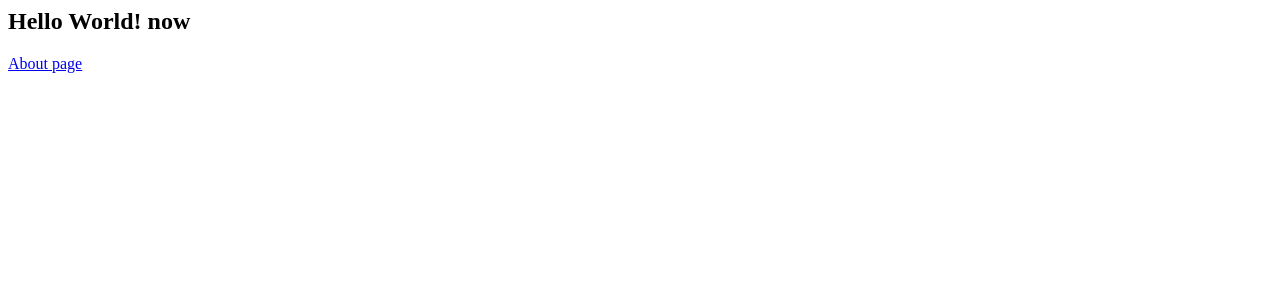
Repository: yashveer-singh/javaapcode
Page: http://localhost/javaapp/
The author's editor kept a copy of each file at every save. The page is drawn from the files as they stood at one save, then again after the next save.
The browser window is 1280 px wide. The pictures show the whole page.
The page is served by Tomcat 9.

Above is the page before, as saved 2024-04-18 05:14:59.

After the next save:
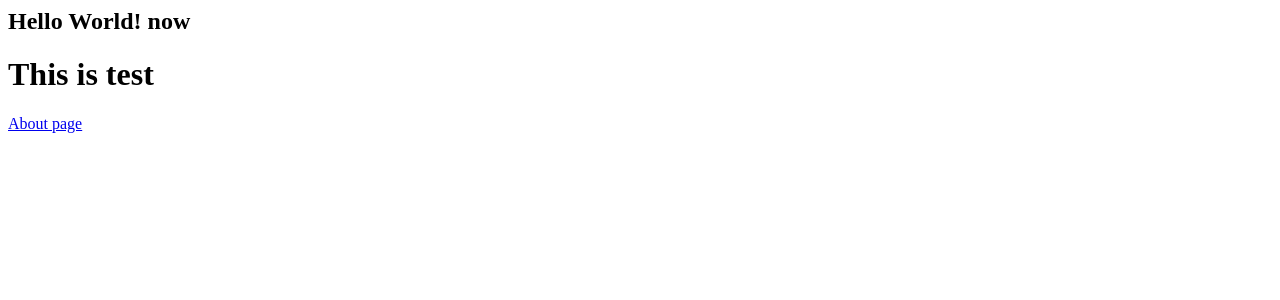
Saved 3 days later.
--- a/javaapp/src/main/webapp/index.jsp
+++ b/javaapp/src/main/webapp/index.jsp
@@ -1,6 +1,7 @@
 <html>
 <body>
 <h2>Hello World! now</h2>
+<h1>This is test</h1>
 
 <a href="about.jsp">About page</a>
 </body>
